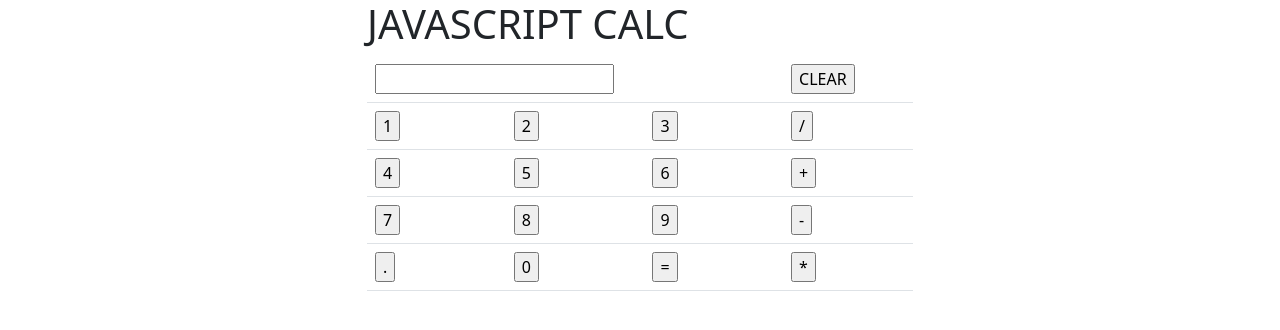
Repository: harryninja/14JsReact
Page: CalcJS/index.html
An editor plug-in stored every save of this project. The page is shown before and after the next save, followed by the edit.
The browser window is 1280 px wide. The pictures show the whole page.

Above is the page before, as saved 2022-03-08 22:47:13.

After the next save:
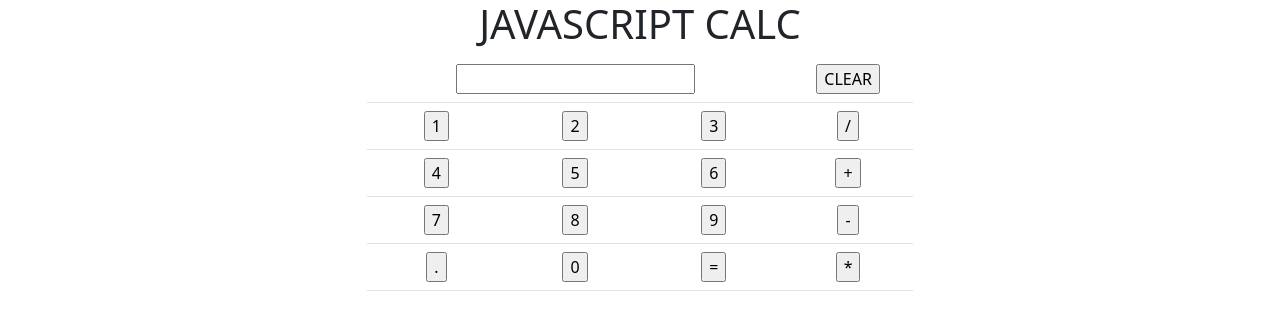
Saved 3 min 48 s later.
--- a/CalcJS/index.html
+++ b/CalcJS/index.html
@@ -18,7 +18,7 @@
 <body>
     <div class="container">
         <div class="row justify-content-center">
-            <div class="col-md-6">
+            <div class="col-md-6 text-center">
                 <h1>JAVASCRIPT CALC</h1>
                 <table class="table">
                     <tr>
